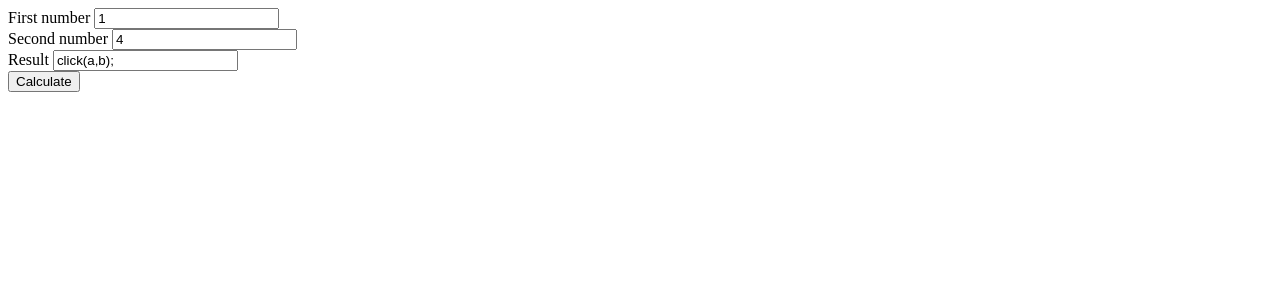
Repository: KhudanJeugene/StudyingInHillel
Page: Calculator/WebContent/Calc1.html
An editor plug-in stored every save of this project. The page is shown before and after the next save, followed by the edit.
The browser window is 1280 px wide. The pictures show the whole page.

Above is the page before, as saved 2016-02-07 17:43:37.
Console error: SyntaxError: Unexpected token ';'

After the next save:
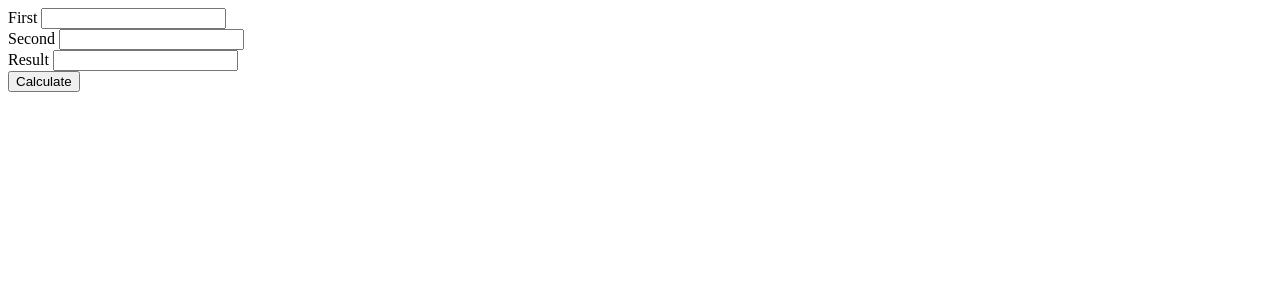
Saved 96 s later.
--- a/Calculator/WebContent/Calc1.html
+++ b/Calculator/WebContent/Calc1.html
@@ -6,9 +6,9 @@
 </head>
 <body>
 	<form name="form1">
-		First number  <input type="text" name="txt1" value="1"> <br>
-		Second number <input type="text" name="txt2" value="4"> <br>
-		Result        <input type="text" name="res" value=click(a,b);><br>
+		First <input type="text" name="txt1" > <br>
+		Second <input type="text" name="txt2" > <br>
+		Result <input type="text" name="res" ><br>
 		              <input type="button" value="Calculate" onclick="calc(a,b,res);">
 
 	</form>
